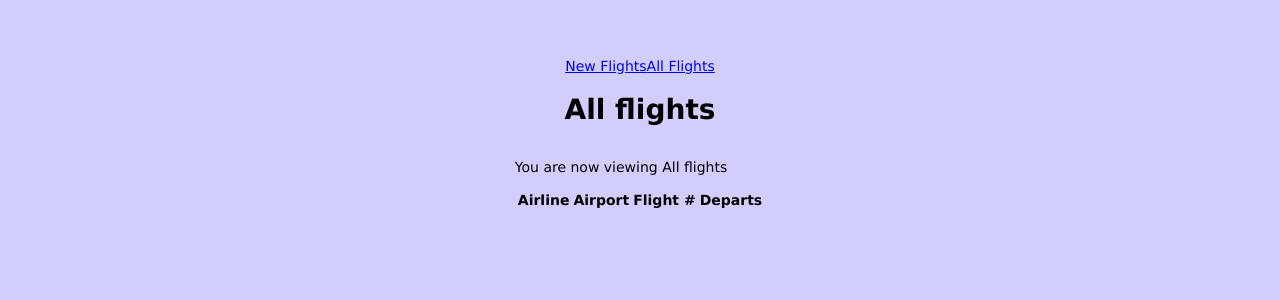
Repository: jmendoza13/mongoose-flights
Page: http://localhost/flights
These files come from the project's save history. The page is drawn as it stood at one moment and after the next save; the edit follows.
The browser window is 1280 px wide. The pictures show the whole page.
The page is served by the project's Node server (server.js). Other server files are loaded and not shown. Queries for data that is not in the repository find no rows.

Above is the page before, as saved 2022-07-18 16:05:46.

### views/flights/index.ejs
<%- include('../partials/header') %>
   <h1>
      <%= title %>
   </h1>
   <p>
      You are now viewing <%= title %>
   </p>
   <table>
      <tr>
         <th>Airline</th>
         <th>Airport</th>
         <th>Flight #</th>
         <th>Departs</th>
      </tr>
   <tbody>
   <% flights.forEach(function(f) { %>
      <tr>
         <td><%=f.airline %></td>
         <td><%=f.airport %></td>
         <td><%=f.flightNo %></td>
         <td><%=f.departs %></td>
      </tr>
      <% }); %>
   </tbody>
</table>
      <%- include('../partials/footer') %>

### views/Partials/header.ejs
<!DOCTYPE html>
<html lang="en">

<head>
    <meta charset="UTF-8">
    <meta http-equiv="X-UA-Compatible" content="IE=edge">
    <meta name="viewport" content="width=device-width, initial-scale=1.0">
    <link rel='stylesheet' href='/stylesheets/style.css' />
    <title>Flights</title>
</head>

<body>
    <nav>
        <a href="/flights/new">New Flights</a>
        <a href="/flights">All Flights</a>
    </nav>

### server.js
var createError = require('http-errors');
var express = require('express');
var path = require('path');
var cookieParser = require('cookie-parser');
var logger = require('morgan');
require('dotenv').config();

require('./config/database');
var indexRouter = require('./routes/index');
var flightsRouter = require('./routes/flights');

var app = express();

// view engine setup
app.set('views', path.join(__dirname, 'views'));
app.set('view engine', 'ejs');

app.use(logger('dev'));
app.use(express.json());
app.use(express.urlencoded({ extended: false }));
app.use(cookieParser());
app.use(express.static(path.join(__dirname, 'public')));

app.use('/', indexRouter);
app.use('/flights', flightsRouter);

// catch 404 and forward to error handler
app.use(function(req, res, next) {
  next(createError(404));
});

// error handler
app.use(function(err, req, res, next) {
  // set locals, only providing error in development
  res.locals.message = err.message;
  res.locals.error = req.app.get('env') === 'development' ? err : {};

  // render the error page
  res.status(err.status || 500);
  res.render('error');
});

module.exports = app;

### controllers/flights.js
const Flight = require('../models/flight');

module.exports = {
    index,
    new: newFlight,
    create
};

function index(req, res) {
    Flight.find({}, function(err, flights) {
      res.render('flights/index', { title: 'All flights', flights });
    });
  }

  function create(req, res) {
    console.log(req.body)
      for (let key in req.body) {
          if (req.body[key] === '') delete req.body[key];
      }
      var flight = new Flight(req.body);
      flight.save(function(err) {
          // one way to handle errors
          if (err) return res.redirect('/flights/new');
          console.log(flight);
          // for now, redirect right back to new.ejs
          res.redirect('/flights');
      });
  }



function newFlight(req, res) {
    res.render('flights/new');
}

### public/stylesheets/style.css
body {
  padding: 50px;
  font: 14px "Lucida Grande", Helvetica, Arial, sans-serif;
  display: grid;
  justify-content: center;
  background-color: rgb(210, 206, 252);
  grid-template-areas:
    "nav"
    "main"
}

nav, h1 {
  display: flex;
  color: #010101;
  justify-content: center;
  align-items: center;
}

Loaded but not shown: views/Partials/footer.ejs (common file)

After the next save:
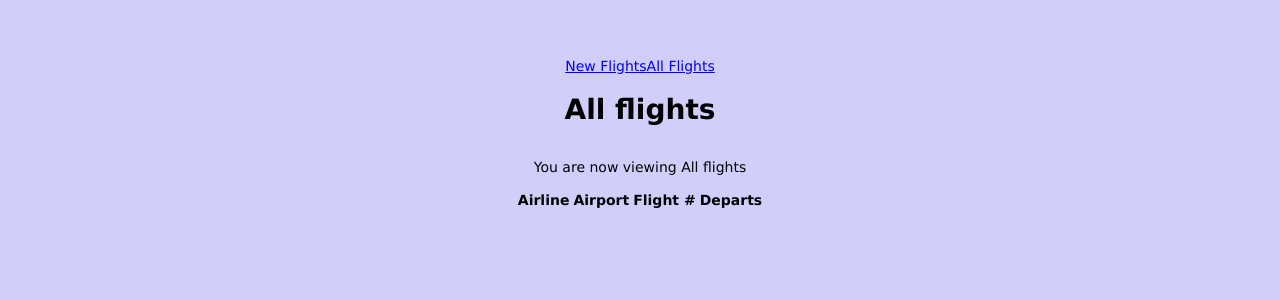
Saved 81 s later.
--- a/public/stylesheets/style.css
+++ b/public/stylesheets/style.css
@@ -9,9 +9,10 @@ body {
     "main"
 }
 
-nav, h1 {
+nav, h1, p {
   display: flex;
   color: #010101;
   justify-content: center;
   align-items: center;
+  text-align: center;
 }
